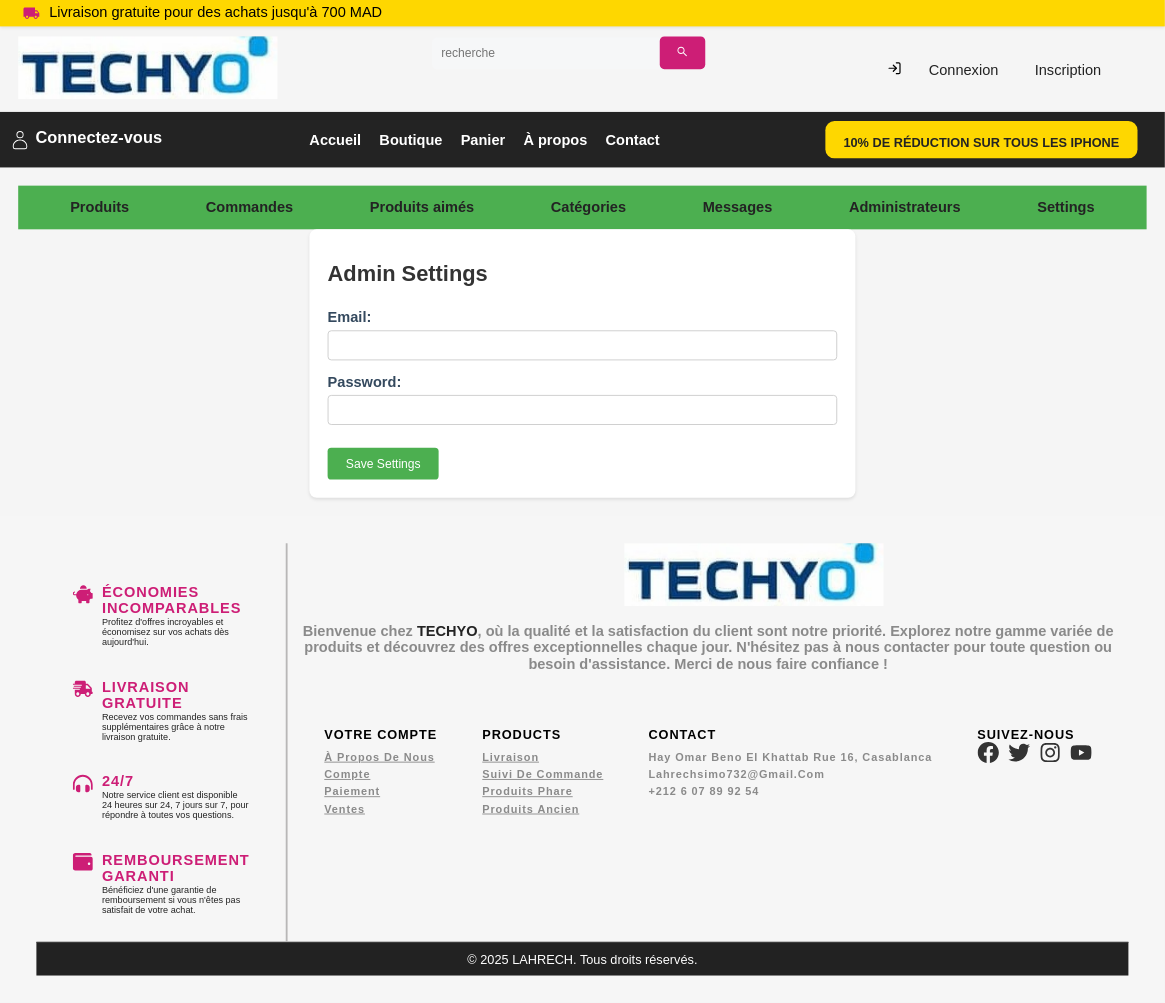
Repository: sebti-cloud/project-modern
Page: /admin-settings (app in ecommerce_website/)
The author's editor kept a copy of each file at every save. The page is drawn from the files as they stood at one save, then again after the next save.
The browser window is 1280 px wide. The pictures show the whole page, at 91% of full size.
The page's requests for data from a server got no answer. The project was rebuilt for these pictures with package versions that can differ from the ones it lists, and the page was loaded fresh each time. No one was signed in, and anything a server would have sent is missing. Also part of the build but not shown: ecommerce_website/src/comp/home.js, ecommerce_website/src/comp/shop.js, ecommerce_website/src/comp/cart.js, ecommerce_website/src/comp/contact.js, ecommerce_website/src/comp/rout.js, ecommerce_website/src/comp/Products.js, ecommerce_website/src/comp/Orders.js, ecommerce_website/src/comp/LikedProducts.js and 26 more.

Above is the page before, as saved 2025-01-08 13:04:17.

After the next save:
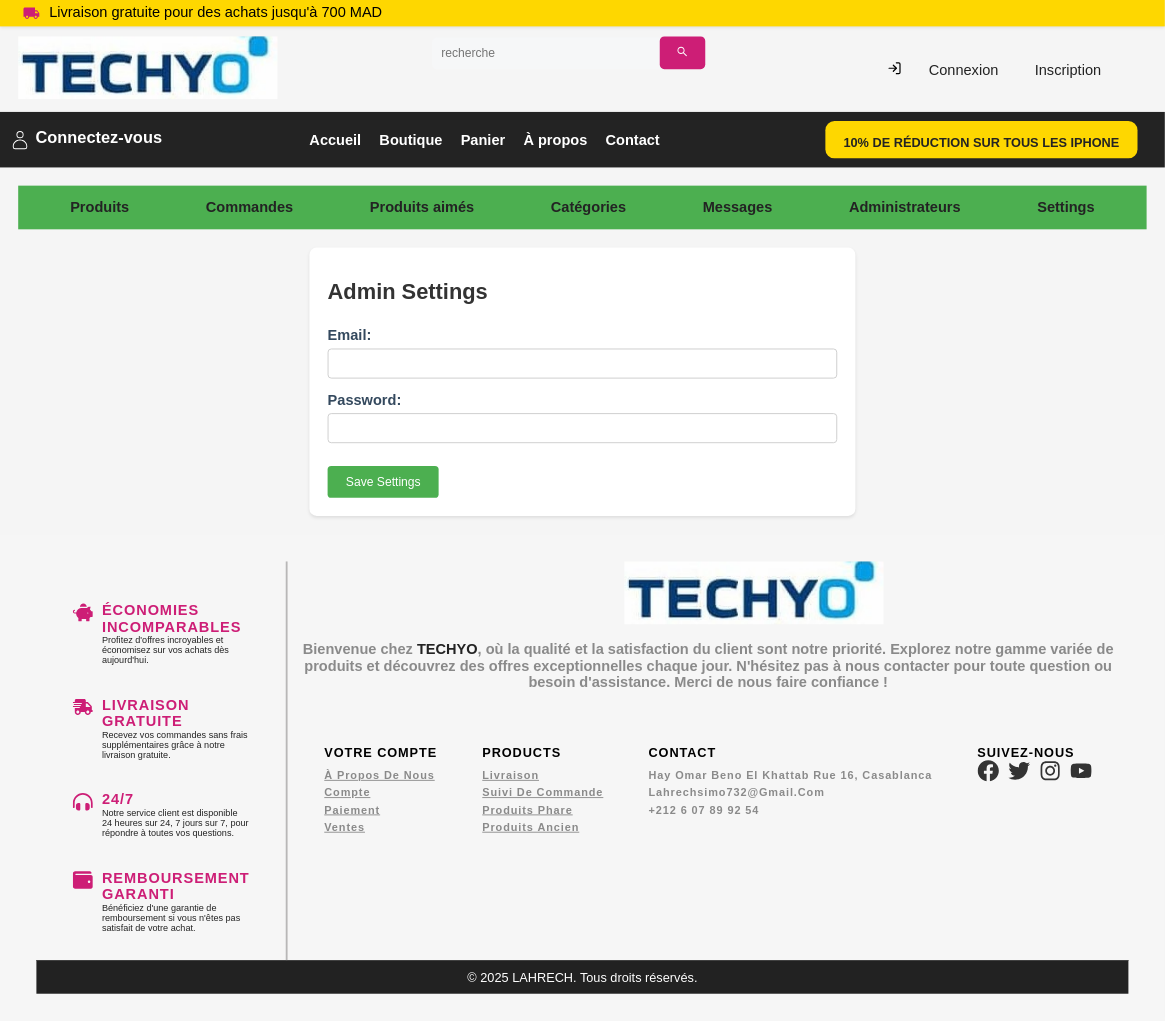
Saved 42 s later.
--- a/ecommerce_website/src/comp/admin.css
+++ b/ecommerce_website/src/comp/admin.css
@@ -435,7 +435,7 @@ form .details{
 
   .settings-content {
     max-width: 600px;
-    margin: 0 auto;
+    margin: 20px auto;
     background: white;
     padding: 20px;
     box-shadow: 0 2px 4px rgba(0, 0, 0, 0.1);
